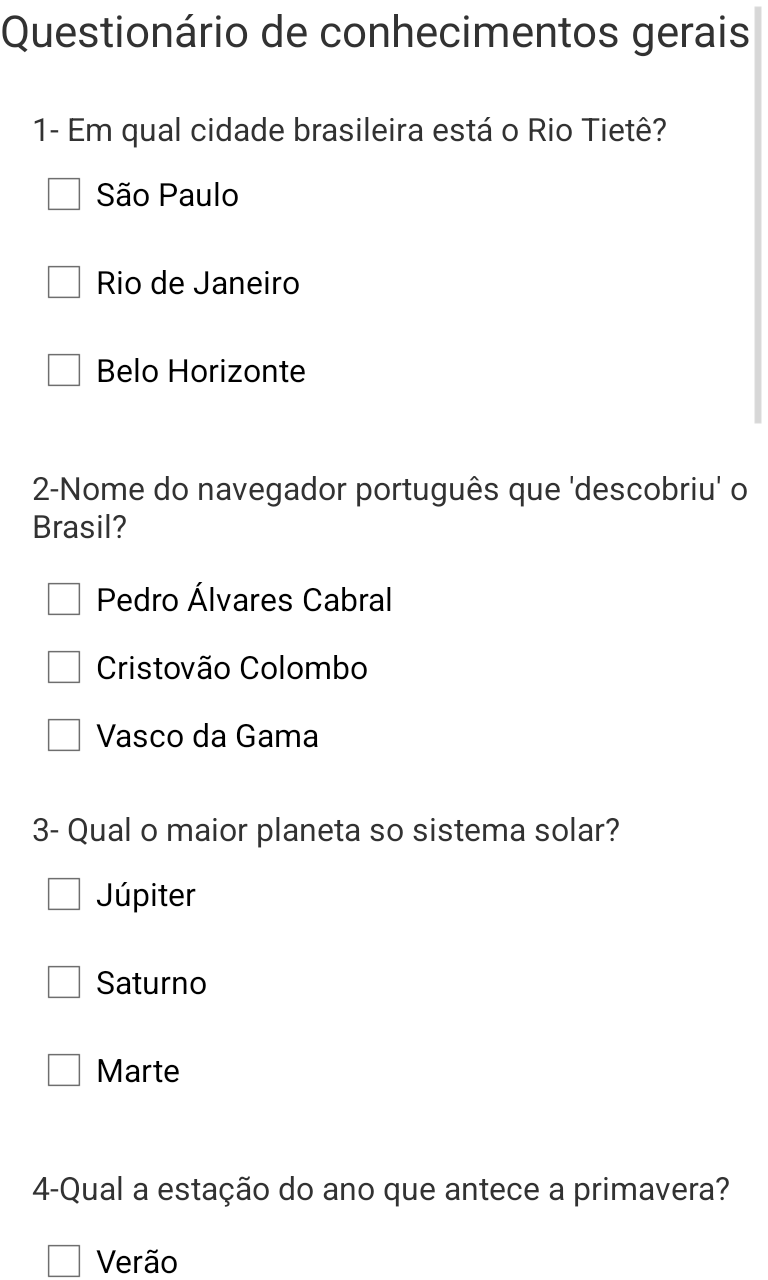
Repository: laralrnc/ExerciciosMOBILE_ETEC
Layout: PRIMEIRO SEMESTRE/Android1/quiz_Lara/res/layout/activity_main.xml
The author's editor kept a copy of each file at every save. The layout is drawn from the files as they stood at one save, then again after the next save.
It is drawn on a 768 x 1280 px phone screen (xhdpi) without system bars, with theme AppTheme; the app's code is not run. The app's manifest (not shown) leaves right-to-left support off. So textAlignment, textDirection and layoutDirection are ignored, and left and right values win over start and end ones.

Above is the layout before, as saved 2018-05-02 13:28:40.

### PRIMEIRO SEMESTRE/Android1/quiz_Lara/res/layout/activity_main.xml
<?xml version="1.0" encoding="utf-8"?>
<LinearLayout xmlns:android="http://schemas.android.com/apk/res/android"
    xmlns:tools="http://schemas.android.com/tools"
    android:layout_width="match_parent"
    android:layout_height="match_parent"
    tools:context="de.n_or.quizapp.MainActivity">

    <ScrollView
        android:layout_width="match_parent"
        android:layout_height="match_parent"
        android:layout_alignParentTop="true"
        android:layout_centerHorizontal="true"
        android:layout_marginTop="0dp">

        <LinearLayout
            android:layout_width="match_parent"
            android:layout_height="match_parent"
            android:layout_gravity="top"
            android:orientation="vertical" >

            <TextView
                android:layout_width="match_parent"
                android:layout_height="wrap_content"
                android:layout_marginBottom="4dp"
                android:text="Questionário de conhecimentos gerais"
                android:textAlignment="center"
                android:textSize="22sp" />

            <TextView
                android:layout_width="match_parent"
                android:layout_height="wrap_content"
                android:layout_marginBottom="6dp"
                android:layout_marginLeft="16dp"
                android:layout_marginTop="20dp"
                android:text="1- Em qual cidade brasileira está o Rio Tietê?"
                android:textSize="16sp" />

            <CheckBox
                android:id="@+id/question_1_SP"
                android:layout_width="wrap_content"
                android:layout_height="wrap_content"
                android:layout_marginBottom="12dp"
                android:layout_marginLeft="16dp"
                android:layout_marginTop="0dp"
                android:text="São Paulo" />

            <CheckBox
                android:id="@+id/question_1_RJ"
                android:layout_width="wrap_content"
                android:layout_height="wrap_content"
                android:layout_marginBottom="12dp"
                android:layout_marginLeft="16dp"
                android:layout_marginTop="0dp"
                android:text="Rio de Janeiro" />

            <CheckBox
                android:id="@+id/question_1_BH"
                android:layout_width="wrap_content"
                android:layout_height="wrap_content"
                android:layout_marginBottom="12dp"
                android:layout_marginLeft="16dp"
                android:layout_marginTop="0dp"
                android:text="Belo Horizonte" />

            <TextView
                android:layout_width="match_parent"
                android:layout_height="wrap_content"
                android:layout_marginBottom="6dp"
                android:layout_marginLeft="16dp"
                android:layout_marginTop="20dp"
                android:text="2-Nome do navegador português que 'descobriu' o Brasil? "
                android:textSize="16sp" />



                <CheckBox
                    android:id="@+id/question_2_PAC"
                    android:layout_width="wrap_content"
                    android:layout_height="wrap_content"
                    android:layout_marginBottom="0dp"
                    android:layout_marginLeft="16dp"
                    android:layout_marginTop="4dp"
                    android:text="Pedro Álvares Cabral" />

                <CheckBox
                    android:id="@+id/question_2_CC"
                    android:layout_width="wrap_content"
                    android:layout_height="wrap_content"
                    android:layout_marginBottom="0dp"
                    android:layout_marginLeft="16dp"
                    android:layout_marginTop="2dp"
                    android:text="Cristovão Colombo" />

                <CheckBox
                    android:id="@+id/question_2_VG"
                    android:layout_width="wrap_content"
                    android:layout_height="wrap_content"
                    android:layout_marginBottom="0dp"
                    android:layout_marginLeft="16dp"
                    android:layout_marginTop="2dp"
                    android:text="Vasco da Gama" />

            <TextView
                android:layout_width="match_parent"
                android:layout_height="wrap_content"
                android:layout_marginBottom="6dp"
                android:layout_marginLeft="16dp"
                android:layout_marginTop="20dp"
                android:text="3- Qual o maior planeta so sistema solar?"
                android:textSize="16sp" />

            <CheckBox
                android:id="@+id/question_3_jupiter"
                android:layout_width="wrap_content"
                android:layout_height="wrap_content"
                android:layout_marginBottom="12dp"
                android:layout_marginLeft="16dp"
                android:layout_marginTop="0dp"
                android:text="Júpiter" />


            <CheckBox
                android:id="@+id/question_3_saturno"
                android:layout_width="wrap_content"
                android:layout_height="wrap_content"
                android:layout_marginBottom="12dp"
                android:layout_marginLeft="16dp"
                android:layout_marginTop="0dp"
                android:text="Saturno" />

            <CheckBox
                android:id="@+id/question_3_marte"
                android:layout_width="wrap_content"
                android:layout_height="wrap_content"
                android:layout_marginBottom="12dp"
                android:layout_marginLeft="16dp"
                android:layout_marginTop="0dp"
                android:text="Marte" />

            <TextView
                android:layout_width="match_parent"
                android:layout_height="wrap_content"
                android:layout_marginBottom="6dp"
                android:layout_marginLeft="16dp"
                android:layout_marginTop="20dp"
                android:text="4-Qual a estação do ano que antece a primavera?"
                android:textSize="16sp" />



                <CheckBox
                    android:id="@+id/question_4_verao"
                    android:layout_width="wrap_content"
                    android:layout_height="wrap_content"
                    android:layout_marginBottom="0dp"
                    android:layout_marginLeft="16dp"
                    android:layout_marginTop="4dp"
                    android:text="Verão" />

                <CheckBox
                    android:id="@+id/question_4_inverno"
                    android:layout_width="wrap_content"
                    android:layout_height="wrap_content"
                    android:layout_marginBottom="0dp"
                    android:layout_marginLeft="16dp"
                    android:layout_marginTop="2dp"
                    android:text="Inverno" />

               <CheckBox
                    android:id="@+id/question_4_outono"
                    android:layout_width="wrap_content"
                    android:layout_height="wrap_content"
                    android:layout_marginBottom="22dp"
                    android:layout_marginLeft="16dp"
                    android:layout_marginTop="2dp"
                    android:text="Outono" />

            <TextView
                android:layout_width="match_parent"
                android:layout_height="wrap_content"
                android:layout_marginBottom="6dp"
                android:layout_marginLeft="16dp"
                android:layout_marginTop="20dp"
                android:text="5-Qual cidade é conhecida como 'Cidade Maravilhosa'?"
                android:textSize="16sp" />



                <CheckBox
                    android:id="@+id/question_5_rio"
                    android:layout_width="wrap_content"
                    android:layout_height="wrap_content"
                    android:layout_marginBottom="0dp"
                    android:layout_marginLeft="16dp"
                    android:layout_marginTop="4dp"
                    android:text="Rio de Janeiro" />

                <CheckBox
                    android:id="@+id/question_5_gramado"
                    android:layout_width="wrap_content"
                    android:layout_height="wrap_content"
                    android:layout_marginBottom="0dp"
                    android:layout_marginLeft="16dp"
                    android:layout_marginTop="2dp"
                    android:text="Gramado" />

               <CheckBox
                    android:id="@+id/question_5_campos"
                    android:layout_width="wrap_content"
                    android:layout_height="wrap_content"
                    android:layout_marginBottom="22dp"
                    android:layout_marginLeft="16dp"
                    android:layout_marginTop="2dp"
                    android:text="Campos do Jordão" />

                        <TextView
                android:layout_width="match_parent"
                android:layout_height="wrap_content"
                android:layout_marginBottom="6dp"
                android:layout_marginLeft="16dp"
                android:layout_marginTop="20dp"
                android:text="6-Onde fica o Machu Picchu?"
                android:textSize="16sp" />



               <CheckBox
                    android:id="@+id/question_6_peru"
                    android:layout_width="wrap_content"
                    android:layout_height="wrap_content"
                    android:layout_marginBottom="0dp"
                    android:layout_marginLeft="16dp"
                    android:layout_marginTop="4dp"
                    android:text="Peru" />

                <CheckBox
                    android:id="@+id/question_6_chile"
                    android:layout_width="wrap_content"
                    android:layout_height="wrap_content"
                    android:layout_marginBottom="0dp"
                    android:layout_marginLeft="16dp"
                    android:layout_marginTop="2dp"
                    android:text="Chile" />

                <CheckBox
                    android:id="@+id/question_6_uruguai"
                    android:layout_width="wrap_content"
                    android:layout_height="wrap_content"
                    android:layout_marginBottom="22dp"
                    android:layout_marginLeft="16dp"
                    android:layout_marginTop="2dp"
                    android:text="Uruguai" />

               <TextView
                android:layout_width="match_parent"
                android:layout_height="wrap_content"
                android:layout_marginBottom="6dp"
                android:layout_marginLeft="16dp"
                android:layout_marginTop="20dp"
                android:text="7-Qual o significado da sigla OVNI?"
                android:textSize="16sp" />



                <CheckBox
                    android:id="@+id/question_7_ovni1"
                    android:layout_width="wrap_content"
                    android:layout_height="wrap_content"
                    android:layout_marginBottom="0dp"
                    android:layout_marginLeft="16dp"
                    android:layout_marginTop="4dp"
                    android:text="Organização Voadora Não Institucional" />

               <CheckBox
                    android:id="@+id/question_7_ovni2"
                    android:layout_width="wrap_content"
                    android:layout_height="wrap_content"
                    android:layout_marginBottom="0dp"
                    android:layout_marginLeft="16dp"
                    android:layout_marginTop="2dp"
                    android:text="Objeto Voador Não Identificado" />

                <CheckBox
                    android:id="@+id/question_7_ovni3"
                    android:layout_width="wrap_content"
                    android:layout_height="wrap_content"
                    android:layout_marginBottom="22dp"
                    android:layout_marginLeft="16dp"
                    android:layout_marginTop="2dp"
                    android:text="Objeto Voador Nacional Independente" />


                        <TextView
                android:layout_width="match_parent"
                android:layout_height="wrap_content"
                android:layout_marginBottom="6dp"
                android:layout_marginLeft="16dp"
                android:layout_marginTop="20dp"
                android:text="8-Qual a estrela que fica mais proxima do planeta Terra?"
                android:textSize="16sp" />


                <CheckBox
                    android:id="@+id/question_8_sol"
                    android:layout_width="wrap_content"
                    android:layout_height="wrap_content"
                    android:layout_marginBottom="0dp"
                    android:layout_marginLeft="16dp"
                    android:layout_marginTop="4dp"
                    android:text="Sol" />

                <CheckBox
                    android:id="@+id/question_8_lua"
                    android:layout_width="wrap_content"
                    android:layout_height="wrap_content"
                    android:layout_marginBottom="0dp"
                    android:layout_marginLeft="16dp"
                    android:layout_marginTop="2dp"
                    android:text="Lua" />

                <CheckBox
                    android:id="@+id/question_8_alfa"
                    android:layout_width="wrap_content"
                    android:layout_height="wrap_content"
                    android:layout_marginBottom="22dp"
                    android:layout_marginLeft="16dp"
                    android:layout_marginTop="2dp"
                    android:text="Alfa Centauri" />

                     <TextView
                android:layout_width="match_parent"
                android:layout_height="wrap_content"
                android:layout_marginBottom="6dp"
                android:layout_marginLeft="16dp"
                android:layout_marginTop="20dp"
                android:text="9-Qual o significado da sigla ONU?"
                android:textSize="16sp" />



                <CheckBox
                    android:id="@+id/question_9_onu1"
                    android:layout_width="wrap_content"
                    android:layout_height="wrap_content"
                    android:layout_marginBottom="0dp"
                    android:layout_marginLeft="16dp"
                    android:layout_marginTop="4dp"
                    android:text="Organização das Nações Unidas" />

                <CheckBox
                    android:id="@+id/question_9_onu2"
                    android:layout_width="wrap_content"
                    android:layout_height="wrap_content"
                    android:layout_marginBottom="0dp"
                    android:layout_marginLeft="16dp"
                    android:layout_marginTop="2dp"
                    android:text="Ordens na Unidade" />

                <CheckBox
                    android:id="@+id/question_9_onu3"
                    android:layout_width="wrap_content"
                    android:layout_height="wrap_content"
                    android:layout_marginBottom="22dp"
                    android:layout_marginLeft="16dp"
                    android:layout_marginTop="2dp"
                    android:text="Organização Não Universal" />


            <TextView
                android:layout_width="match_parent"
                android:layout_height="wrap_content"
                android:layout_marginBottom="6dp"
                android:layout_marginLeft="16dp"
                android:layout_marginTop="20dp"
                android:text="10-Com quantos anos de casado se comemora as 'Bodas de Ouro'?"
                android:textSize="16sp" />



              <CheckBox
                    android:id="@+id/question_10_50"
                    android:layout_width="wrap_content"
                    android:layout_height="wrap_content"
                    android:layout_marginBottom="0dp"
                    android:layout_marginLeft="16dp"
                    android:layout_marginTop="4dp"
                    android:text="50 anos" />

               <CheckBox
                    android:id="@+id/question_10_40"
                    android:layout_width="wrap_content"
                    android:layout_height="wrap_content"
                    android:layout_marginBottom="0dp"
                    android:layout_marginLeft="16dp"
                    android:layout_marginTop="2dp"
                    android:text="40 anos" />

                <CheckBox
                    android:id="@+id/question_10_35"
                    android:layout_width="wrap_content"
                    android:layout_height="wrap_content"
                    android:layout_marginBottom="22dp"
                    android:layout_marginLeft="16dp"
                    android:layout_marginTop="2dp"
                    android:text="35 anos" />


            <Button
                android:id="@+id/evaluate"
                android:layout_width="match_parent"
                android:layout_height="wrap_content"
                android:layout_marginBottom="22dp"
                android:layout_marginLeft="16dp"
                android:layout_marginRight="16dp"
                android:onClick="startEvaluation"
                android:text="evaluate_button" />
</LinearLayout>
    </ScrollView>

</LinearLayout>

Loaded but not shown: PRIMEIRO SEMESTRE/Android1/quiz_Lara/res/values/styles.xml (common file); PRIMEIRO SEMESTRE/Android1/quiz_Lara/res/values-v11/styles.xml (common file); PRIMEIRO SEMESTRE/Android1/quiz_Lara/res/values-v14/styles.xml (common file)

After the next save:
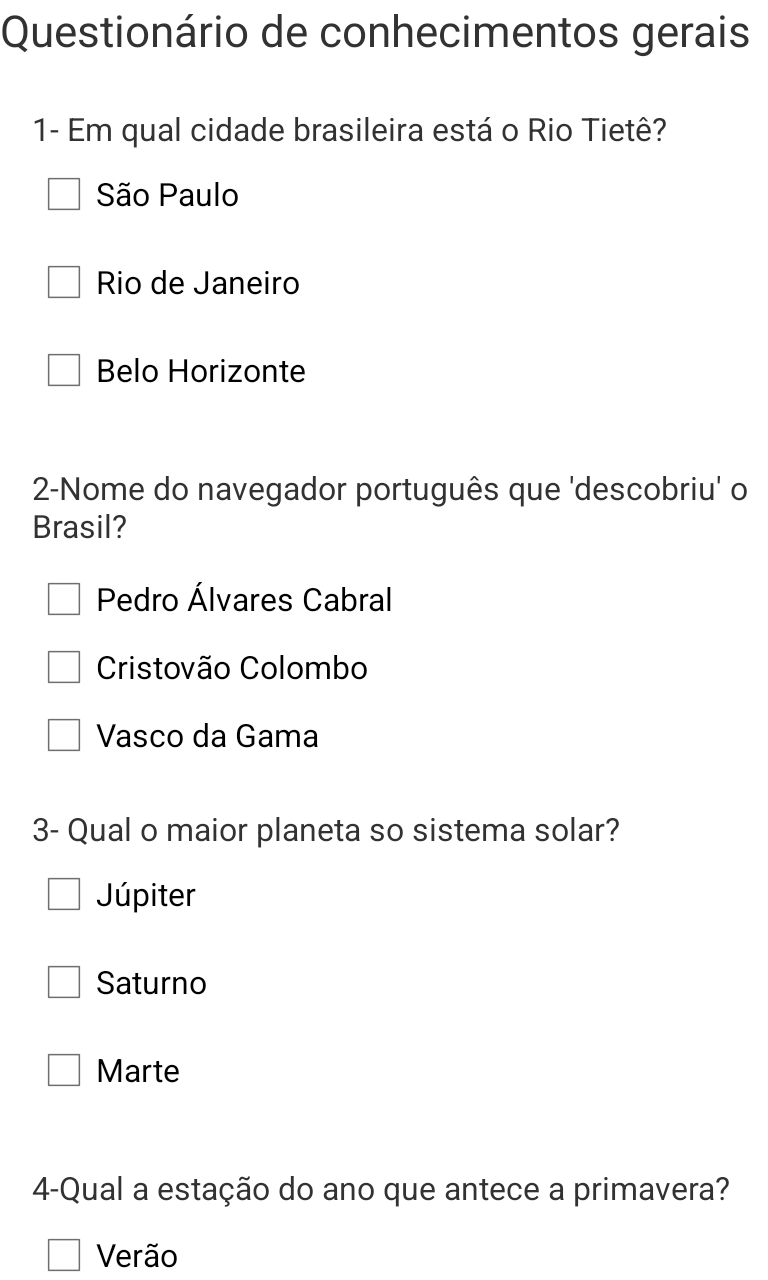
Saved 75 s later.
--- a/PRIMEIRO SEMESTRE/Android1/quiz_Lara/res/layout/activity_main.xml
+++ b/PRIMEIRO SEMESTRE/Android1/quiz_Lara/res/layout/activity_main.xml
@@ -4,14 +4,14 @@
     android:layout_width="match_parent"
     android:layout_height="match_parent"
     tools:context="de.n_or.quizapp.MainActivity">
-
+<!--
     <ScrollView
         android:layout_width="match_parent"
         android:layout_height="match_parent"
         android:layout_alignParentTop="true"
         android:layout_centerHorizontal="true"
         android:layout_marginTop="0dp">
-
+-->
         <LinearLayout
             android:layout_width="match_parent"
             android:layout_height="match_parent"
@@ -415,6 +415,6 @@
                 android:onClick="startEvaluation"
                 android:text="evaluate_button" />
 </LinearLayout>
-    </ScrollView>
+
 
 </LinearLayout>
